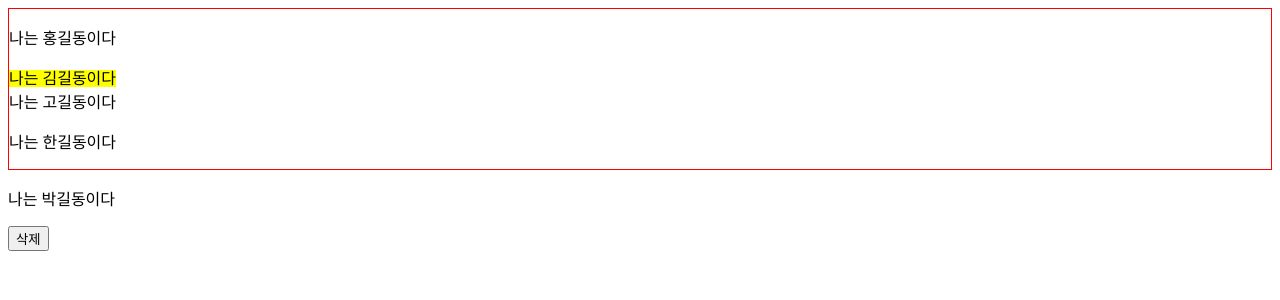
Repository: Jooheehan-kopo/web-workspace
Page: Lecture-web/WebContent/Jquery/exam16.html
The author's editor kept a copy of each file at every save. The page is drawn from the files as they stood at one save, then again after the next save.
The browser window is 1280 px wide. The pictures show the whole page.

Above is the page before, as saved 2021-06-17 07:27:52.

### Lecture-web/WebContent/Jquery/exam16.html
<!DOCTYPE html>
<html>
<head>
<meta charset="UTF-8">
<title>Insert title here</title>
<style>
div {
	border: 1px solid red
}

.red {
	color: red
}

.blue {
	color: blue
}

.backGray {
	background-color: lightgray
}
</style>

<script src="js/jquery-3.6.0.min.js"></script>
<script>
	$(document).ready(function() {

	})
</script>

</head>
<body>
	<div>
		<p id="id01">나는 홍길동이다</p>
		<mark class="c01">나는 김길동이다</mark>
		<br> 나는 고길동이다<br>
		<p class="c01">나는 한길동이다</p>
	</div>
	<p id="id02">나는 박길동이다</p>
	<button>삭제</button>
</body>
</html>

Loaded but not shown: Lecture-web/WebContent/Jquery/js/jquery-3.6.0.min.js (library)

After the next save:
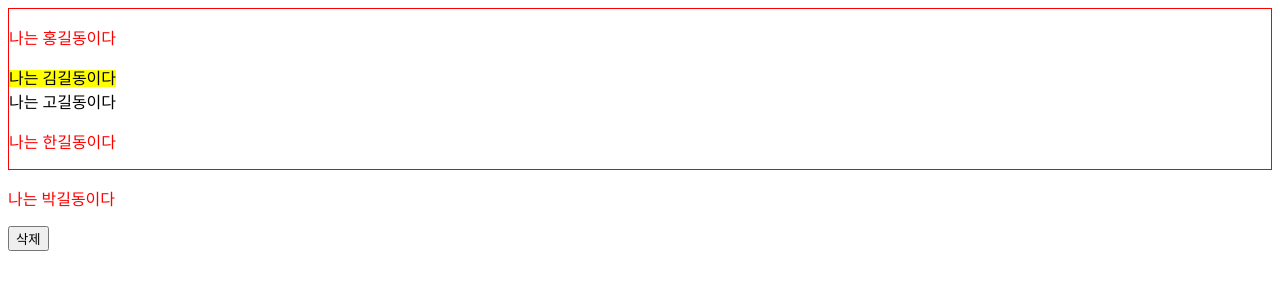
Saved 50 s later.
--- a/Lecture-web/WebContent/Jquery/exam16.html
+++ b/Lecture-web/WebContent/Jquery/exam16.html
@@ -23,8 +23,11 @@ div {
 
 <script src="js/jquery-3.6.0.min.js"></script>
 <script>
+//모든 p태그에 class를 추가(빨간생ㄱ)
+
+
 	$(document).ready(function() {
-
+	$('p').addClass('red')
 	})
 </script>
 
